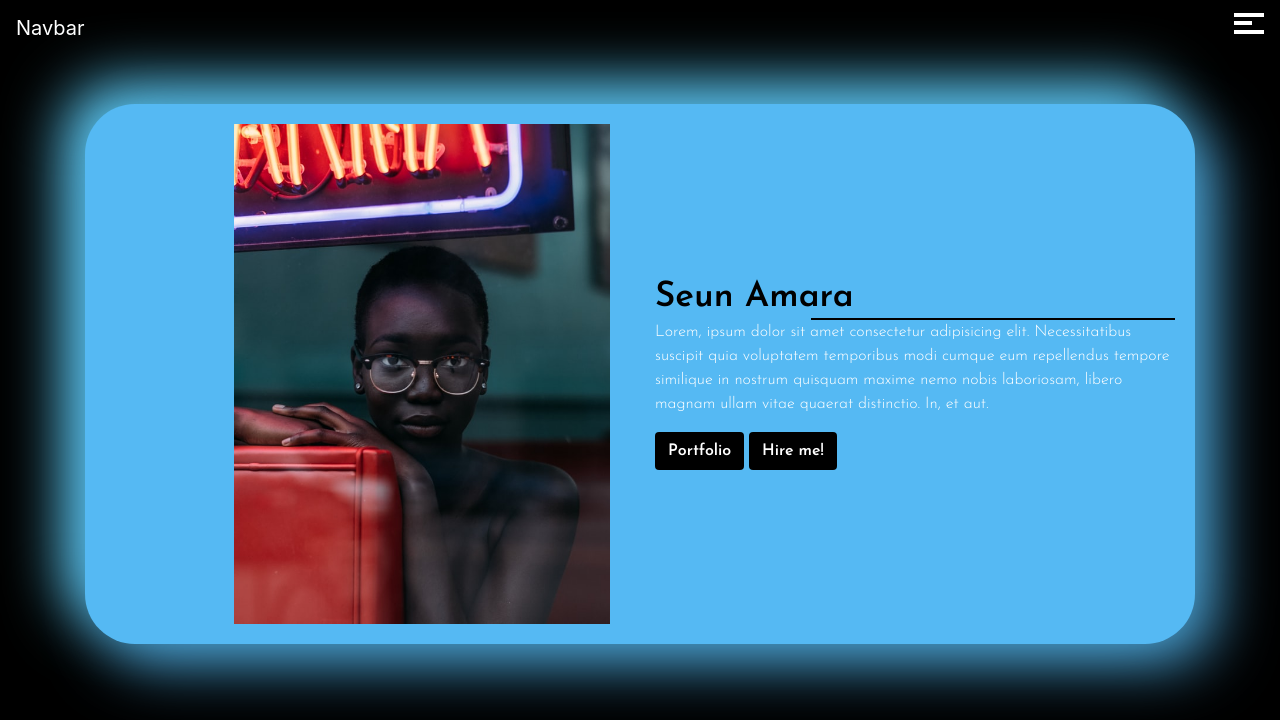
Repository: latenightsnacc/portfolio-site
Page: index.html
The author's editor kept a copy of each file at every save. The page is drawn from the files as they stood at one save, then again after the next save.
The browser window is 1280 px wide. The pictures show the whole page.
The style sheet was rebuilt from its Sass, Less or Tailwind sources for each picture, by a compiler version that may differ from the author's.

Above is the page before, as saved 2020-08-03 14:49:11.

### index.html
<!DOCTYPE html>
<html lang="en">
<head>
    <meta charset="UTF-8">
    <meta name="viewport" content="width=device-width, initial-scale=1.0">
    <link rel="stylesheet" href="https://stackpath.bootstrapcdn.com/bootstrap/4.5.0/css/bootstrap.min.css" integrity="sha384-9aIt2nRpC12Uk9gS9baDl411NQApFmC26EwAOH8WgZl5MYYxFfc+NcPb1dKGj7Sk" crossorigin="anonymous">
    <link rel="stylesheet" href="styles/stylesheet.css">

    <title>Portfolio Site</title>
</head>
<body>
    <main>
        <!--Navigation-->
        <nav class="navbar navbar-light bg-dark mb-5">
            <div class="nav-top" id="top">
                <a class="navbar-brand" href="#">Navbar</a>
                <div class="menu-icon">
                    <span class="icon-long"></span>
                    <span class="icon-short"></span>
                    <span class="icon-long"></span>
                </div>
            </div>
        </nav>

        <div class="container">
            <div class="card">
                <div class="card-body">
                    <!--Horizontal Card-->
                    <div class="row">
                        <div class="col-s12 col-md-6 col-lg-6">
                            <div class="container img-box">
                                <img src="assets/HER.jpg" alt="Seun" />
                            </div>
                        </div>
                        <div class="col-s12 col-md-6 col-lg-6">
                            <div class="text-box">
                                <div class="name">Seun Amara</div>
                                <div class="span">
                                    <span></span>
                                </div>
                                <p>Lorem, ipsum dolor sit amet consectetur adipisicing elit.
                                    Necessitatibus suscipit quia voluptatem temporibus modi cumque eum repellendus
                                    tempore similique in nostrum quisquam maxime nemo nobis laboriosam, libero magnam
                                    ullam vitae quaerat distinctio. In, et aut.
                                </p>
                                <div class="btn-box">
                                    <button class="btn">Portfolio</button>
                                    <button class="btn">Hire me!</button>
                                </div>

                            </div>
                        </div>
                    </div>
                </div>
            </div>
        </div>

    </main>

    <script src="https://code.jquery.com/jquery-3.5.1.slim.min.js" integrity="sha384-DfXdz2htPH0lsSSs5nCTpuj/zy4C+OGpamoFVy38MVBnE+IbbVYUew+OrCXaRkfj" crossorigin="anonymous"></script>
    <script src="https://cdn.jsdelivr.net/npm/popper.js@1.16.0/dist/umd/popper.min.js" integrity="sha384-Q6E9RHvbIyZFJoft+2mJbHaEWldlvI9IOYy5n3zV9zzTtmI3UksdQRVvoxMfooAo" crossorigin="anonymous"></script>
    <script src="https://stackpath.bootstrapcdn.com/bootstrap/4.5.0/js/bootstrap.min.js" integrity="sha384-OgVRvuATP1z7JjHLkuOU7Xw704+h835Lr+6QL9UvYjZE3Ipu6Tp75j7Bh/kR0JKI" crossorigin="anonymous"></script>
</body>
</html>

### styles/stylesheet.scss
@import 'variables';

*{
    margin:0;
    padding: 0;
    text-decoration: none;
    list-style: none;

    a{
        text-decoration: none;

        &:hover {
            text-decoration: none;
        }
    }
}
body,html, .bg-dark {
    background-color: $dark!important;
}
.span {
    display: flex;
    flex-direction: column;
    align-items: flex-end;
    span{
        border: 1px solid $dark;
        width: 70%;
    }
}
.btn {
    background-color: #000;
    font-weight: $bold;
    color: $light;

    &:hover {
        color: #62d5ff;
    }
}
.img-box {
    width: 100%;
    height: 100%;
    display: flex;
    justify-content: flex-end;
    img {
        height: 500px;
    }
}
.text-box {
    height: 100%;
    width: 100%;
    display: flex;
    flex-direction: column;
    justify-content: center;

}
.card {
    border: 0px !important;
    color: $light;
    font-family: $font;
    // box-shadow: $bS;
    border-radius: 50px;
    background: #55b9f3;
    box-shadow:  20px 20px 60px #489dcf,
             -20px -20px 60px #62d5ff;

    .name {
        font-weight: $bold;
        color: $dark;
        line-height: 40px;
        font-size: 35px;
    }
    p {
        color: $light;
        font-weight: $fontLight;
    }
}
.nav-top {
    display: flex;
    width: 100%;
    justify-content: space-between;
}
.navbar-brand {
    color: $light !important;
}
.menu-icon {
    display: flex;
    flex-direction: column;
    height: 30px;
    justify-content: space-evenly;
    .icon-long, .icon-short {
        border: 2px solid $light;
    }
    .icon-long {
        width: 30px;
    }
    .icon-short {
        width: 18px;
    }
}

### styles/_variables.scss
@import url('https://fonts.googleapis.com/css2?family=Josefin+Sans:wght@300;600&display=swap');
$font:'Josefin Sans', sans-serif;
$bold: 600;
$fontLight: 300;
$dark: black;
$light: white;
$bg-dark: rgb(27, 24, 24);
$bS:  .5px .5px 10px 3px #0ff;

After the next save:
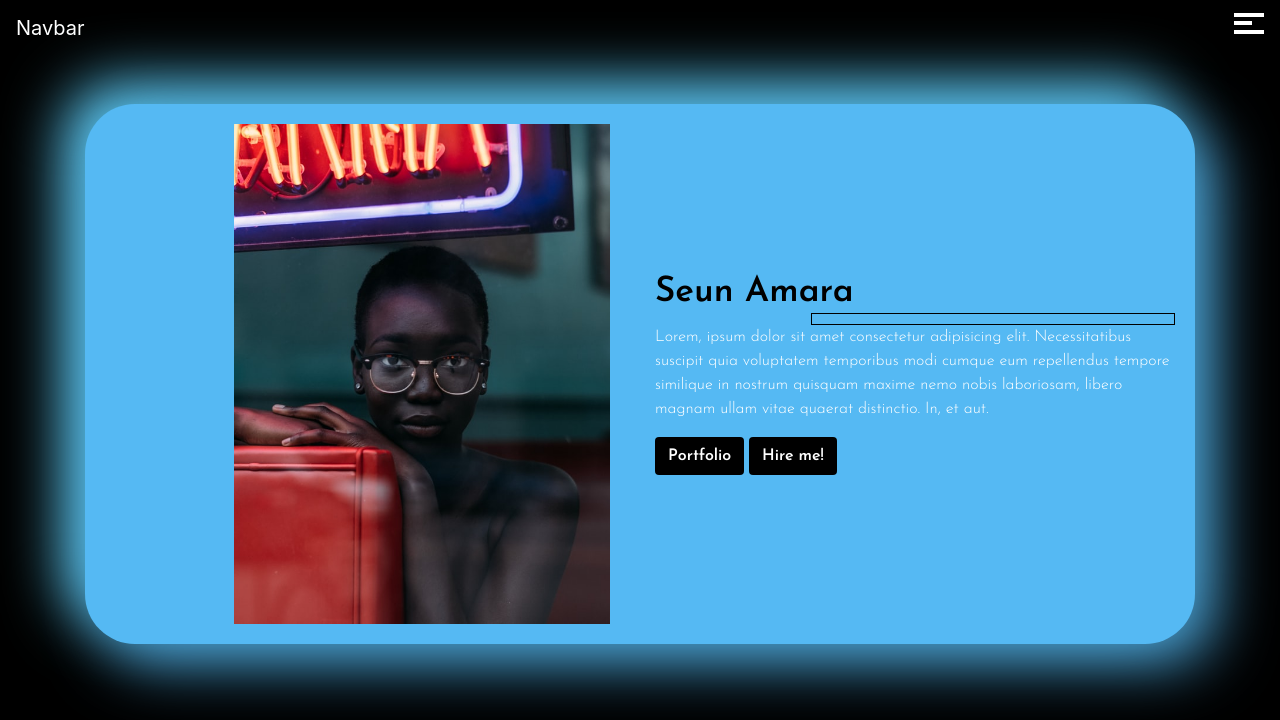
Saved 15 s later.
--- a/styles/stylesheet.scss
+++ b/styles/stylesheet.scss
@@ -24,6 +24,7 @@ body,html, .bg-dark {
     span{
         border: 1px solid $dark;
         width: 70%;
+        padding: 5px 0px;
     }
 }
 .btn {
